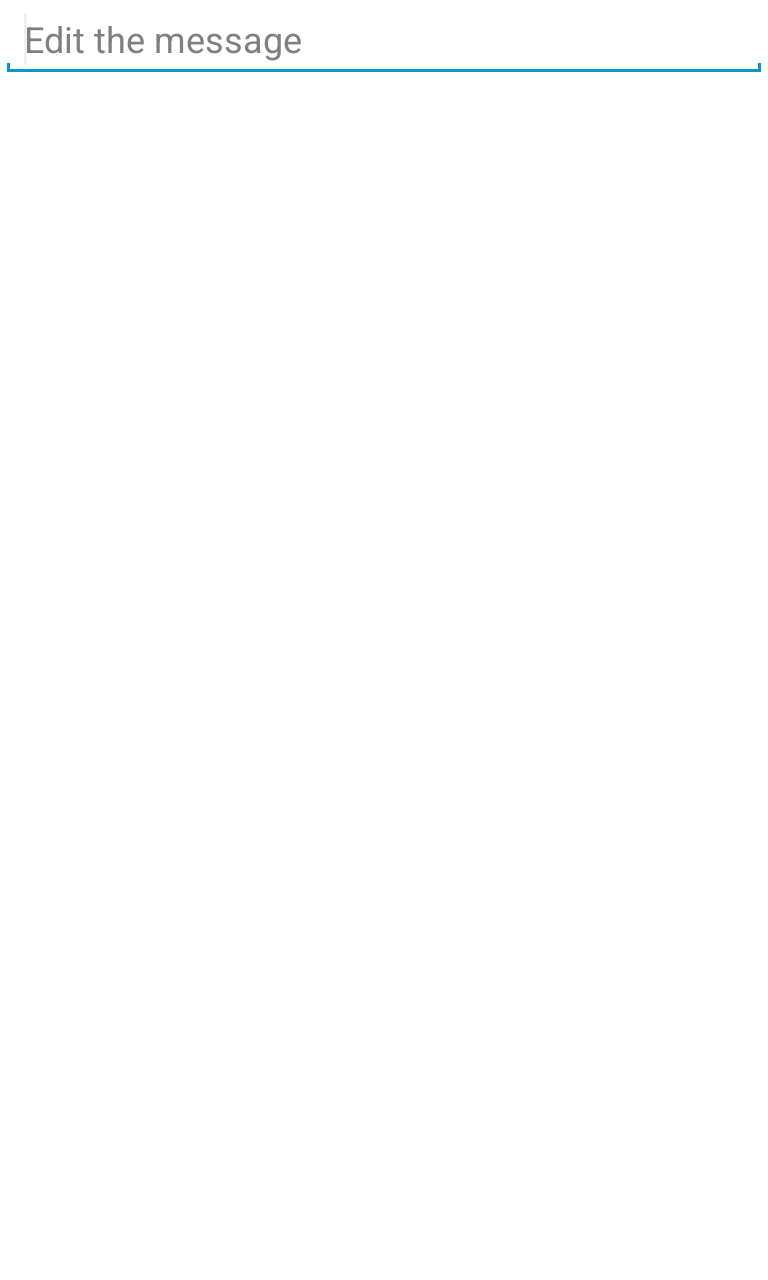
Repository: banur2/AndroidApp
Layout: MyFirstApp/res/layout/activity_main.xml
An editor plug-in stored every save of this project. The layout is shown before and after the next save, followed by the edit.
It is drawn on a 768 x 1280 px phone screen (xhdpi) without system bars, with theme AppTheme; the app's code is not run.

Above is the layout before, as saved 2013-08-29 17:39:49.

### MyFirstApp/res/layout/activity_main.xml
<?xml version="1.0" encoding="utf-8"?>
<LinearLayout xmlns:android="http://schemas.android.com/apk/res/android"
    xmlns:tools="http://schemas.android.com/tools"
    android:layout_width="match_parent"
    android:layout_height="match_parent"
    android:orientation="horizontal" >

    <EditText
        android:id="@+id/edit_message"
        android:layout_width="0dip"
        android:layout_height="wrap_content"
        android:layout_weight="1"
        android:ems="10"
        android:hint="@string/edit_message" >

        <requestFocus />
    </EditText>

</LinearLayout>

### MyFirstApp/res/values/strings.xml
<?xml version="1.0" encoding="utf-8"?>
<resources>

    <string name="app_name">My First App</string>
    <string name="action_settings">Settings</string>
    <string name="hello_world">Hello world!</string>
    <string name="edit_message">Edit the message</string>
    <string name="buttonSend">Send</string>

</resources>

Loaded but not shown: MyFirstApp/res/values/styles.xml (common file); MyFirstApp/res/values-v11/styles.xml (common file); MyFirstApp/res/values-v14/styles.xml (common file)

After the next save:
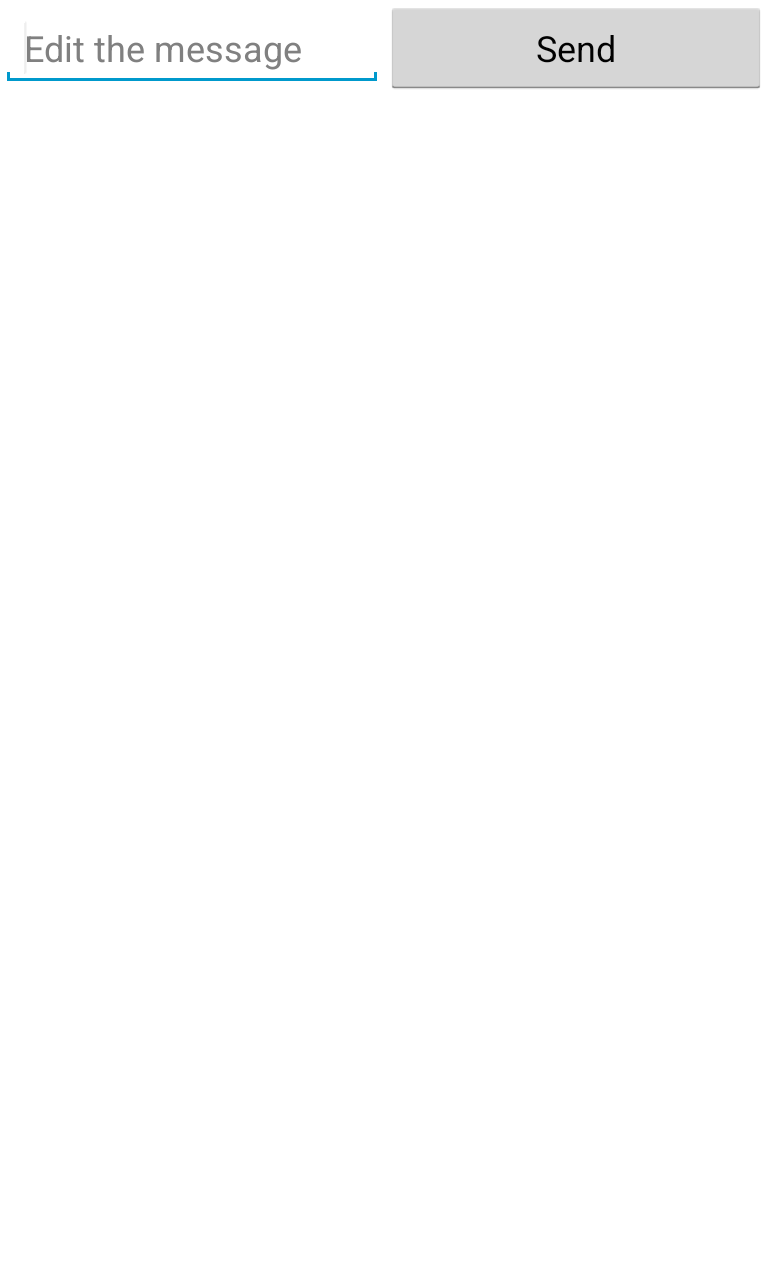
Saved 9 s later.
--- a/MyFirstApp/res/layout/activity_main.xml
+++ b/MyFirstApp/res/layout/activity_main.xml
@@ -16,4 +16,11 @@
         <requestFocus />
     </EditText>
 
+    <Button
+        android:id="@+id/button1"
+        android:layout_width="0dp"
+        android:layout_height="wrap_content"
+        android:layout_weight="1"
+        android:text="@string/buttonSend" />
+
 </LinearLayout>
